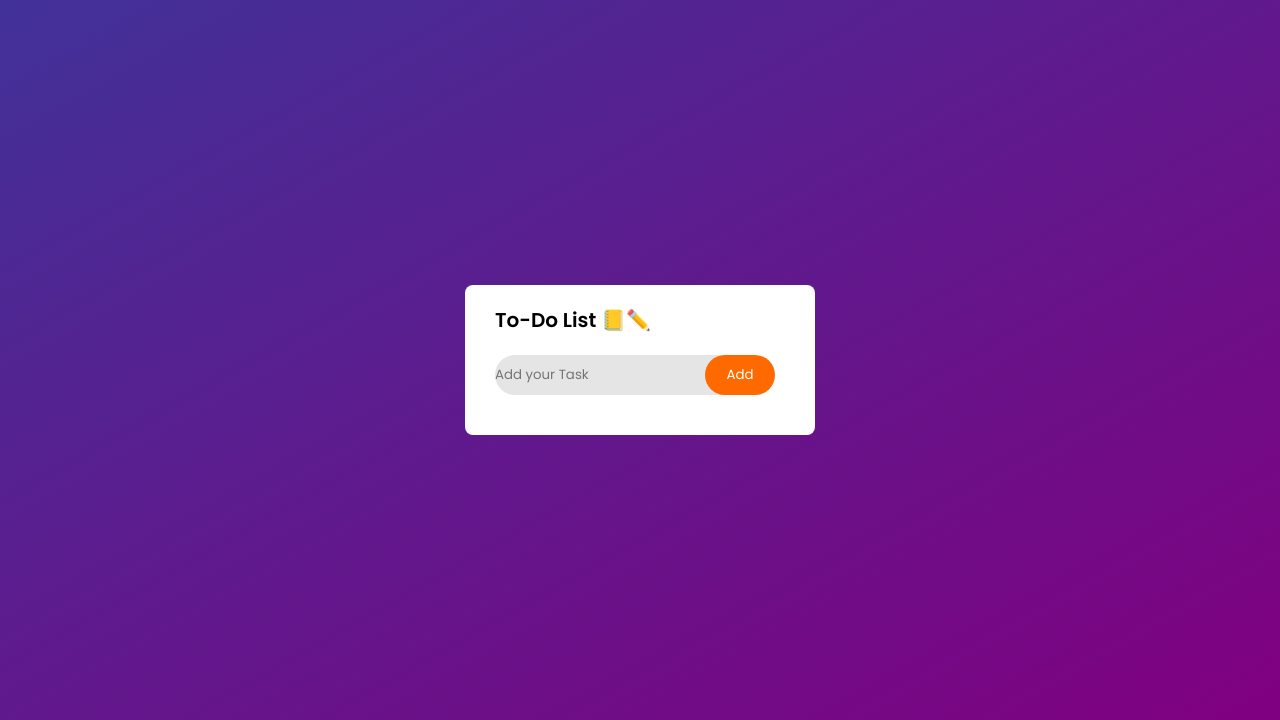
Repository: Ankitkr2021/To-Do-List
Page: index.html
The author's editor kept a copy of each file at every save. The page is drawn from the files as they stood at one save, then again after the next save.
The browser window is 1280 px wide. The pictures show the whole page.

Above is the page before, as saved 2025-10-03 10:12:10.

### index.html
<!DOCTYPE html>
<html lang="en">
<head>
    <meta charset="UTF-8">
    <meta name="viewport" content="width=device-width, initial-scale=1.0">
    <title>To-Do-List</title>
    <link rel="stylesheet" href="./style.css">
</head>
<body>
    <div class="box">
        <h1>To-Do List 📒✏️</h1>
        <div class="task">
        <input id="add" type="text" placeholder="Add your Task">
        <button type="submit">Add</button>
        </div>
    </div>
</body>
</html>

### style.css
@import url("https://fonts.googleapis.com/css2?family=Poppins:wght@300;400;500;600;700&display=swap");

*{
    margin: 0;
    padding: 0;
    box-sizing: border-box;
    font-family: 'Poppins',sans-serif;
}

body{
    display: flex;
    justify-content: center;
    align-items: center;
    height: 100vh;
    background: linear-gradient(to bottom right, rgba(40, 22, 139, 0.884), purple);
}

.box {
    background: #fff;
    height: 150px;
    max-height: 300px;
    width: 350px;
    border-radius: 8px;
}

.box h1 {
    padding: 20px 30px;
    font-size: 20px;
    font-weight: 600;
}

.task {
    /* background: #000; */
    padding: 0 30px;
    position: relative;
}

.task input {
    width: 90%;
    height: 40px;
    border-radius: 20px;
    border: 2px solid rgba(0,0,0,0.1);
    background: rgba(0,0,0,0.1);
    border: 10px;
}

.task button {
    content: "";
    position: absolute;
    left: 240px;
    height: 40px;
    width: 20%;
    border-radius: 20px;
    background: rgb(255, 106, 0);
    color: #fff;
    border: none;
}

After the next save:
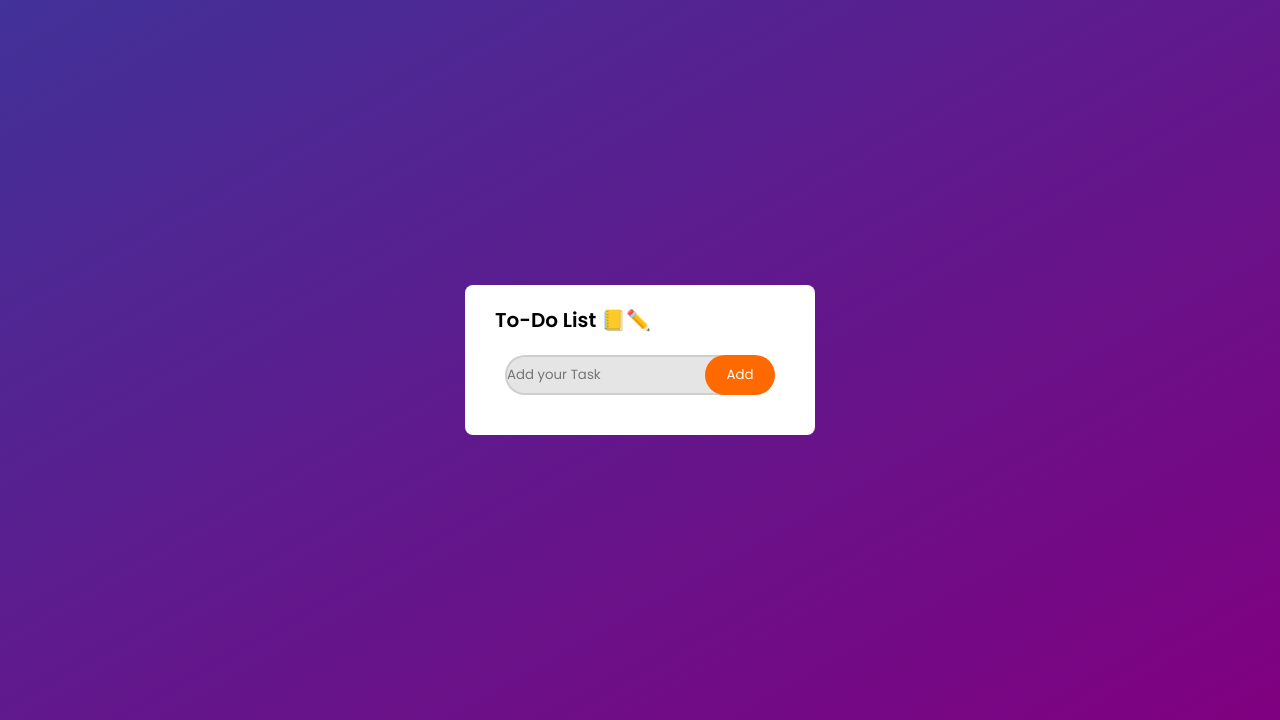
Saved 17 s later.
--- a/style.css
+++ b/style.css
@@ -41,7 +41,7 @@ body{
     border-radius: 20px;
     border: 2px solid rgba(0,0,0,0.1);
     background: rgba(0,0,0,0.1);
-    border: 10px;
+    margin-left: 10px;
 }
 
 .task button {
